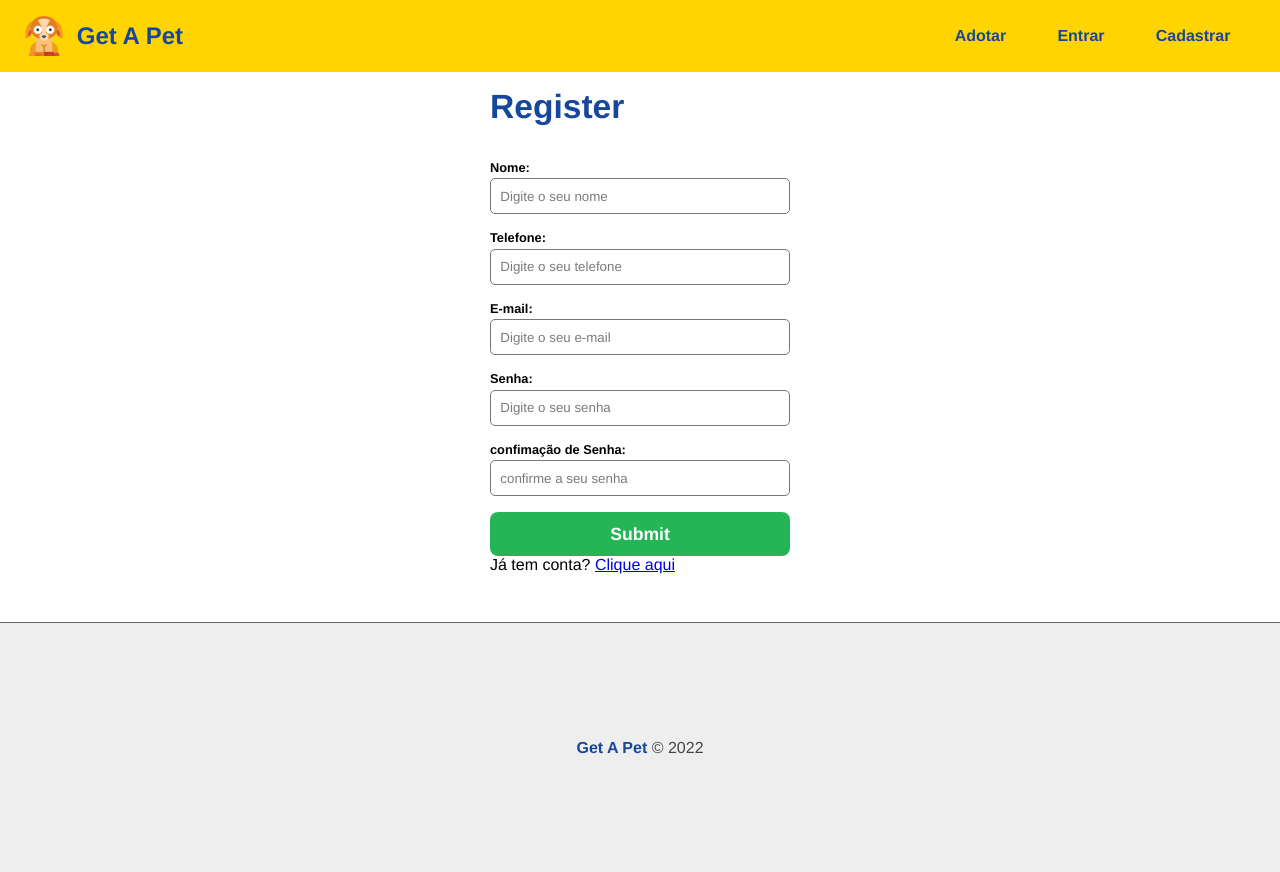
Repository: LeandroMoniz/Projetos_Pets
Page: /register (app in adocao_pet/frontend/)
The author's editor kept a copy of each file at every save. The page is drawn from the files as they stood at one save, then again after the next save.
The browser window is 1280 px wide. The pictures show the whole page.
The project was rebuilt for these pictures with package versions that can differ from the ones it lists, and the page was loaded fresh each time. Also part of the build but not shown: adocao_pet/frontend/src/components/pages/Auth/Login.js, adocao_pet/frontend/src/components/pages/Home.js.

Above is the page before, as saved 2022-02-15 16:45:47.

After the next save:
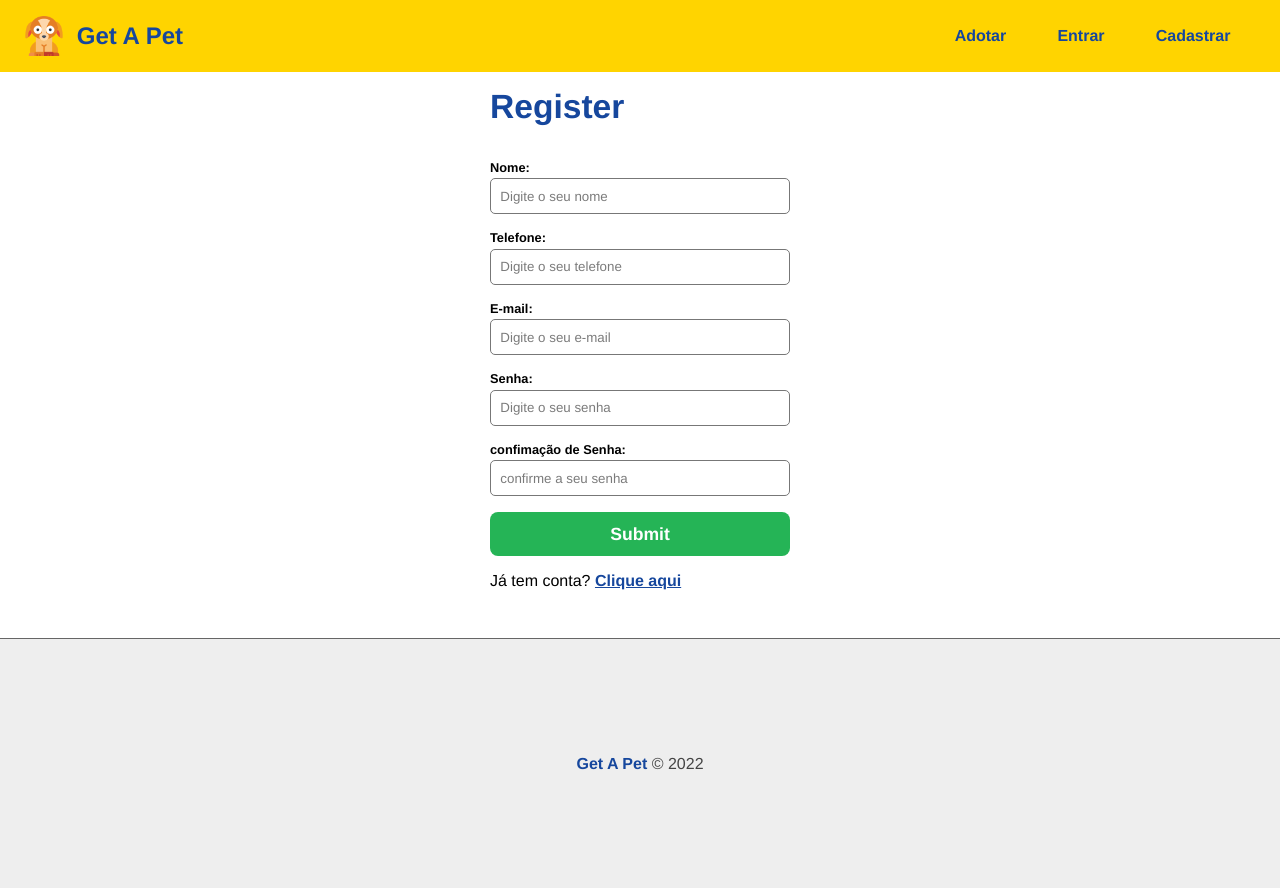
Saved 3 min 12 s later.
--- a/adocao_pet/frontend/src/components/form/Form.module.css
+++ b/adocao_pet/frontend/src/components/form/Form.module.css
@@ -17,3 +17,16 @@
     font-size: 1.1em;
     font-weight: bold;
 }
+
+.form_container input[type='submit']:hover {
+    background-color: #1c8a42;
+}
+
+.form_container p {
+    margin-top: 1em;
+}
+
+.form_container p a {
+    color: #16479d;
+    font-weight: bold;
+}
